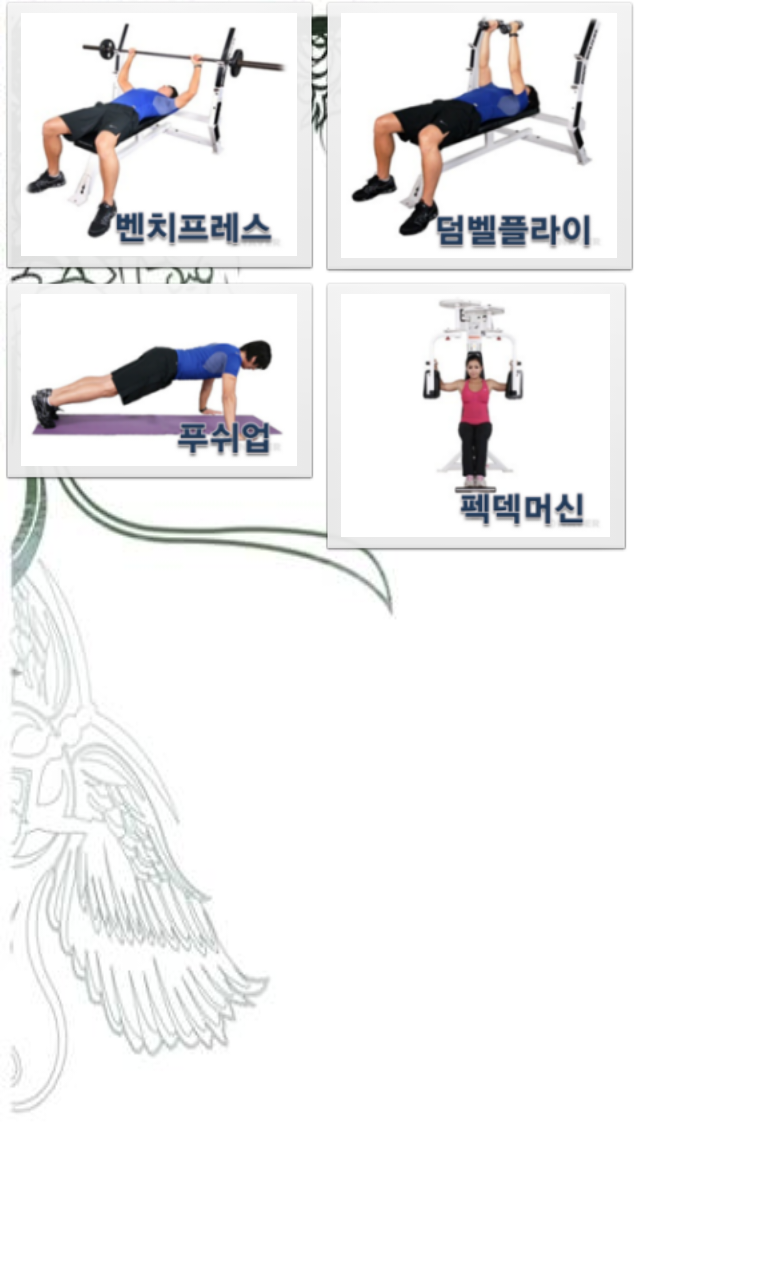
Repository: LewisLim579/2013TeamProject
Layout: PtsApp/res/layout/sa2.xml
The author's editor kept a copy of each file at every save. The layout is drawn from the files as they stood at one save, then again after the next save.
It is drawn on a 768 x 1280 px phone screen (xhdpi) without system bars, with theme android:Theme.NoTitleBar.Fullscreen; the app's code is not run.

Above is the layout before, as saved 2013-05-27 16:45:11.

After the next save:
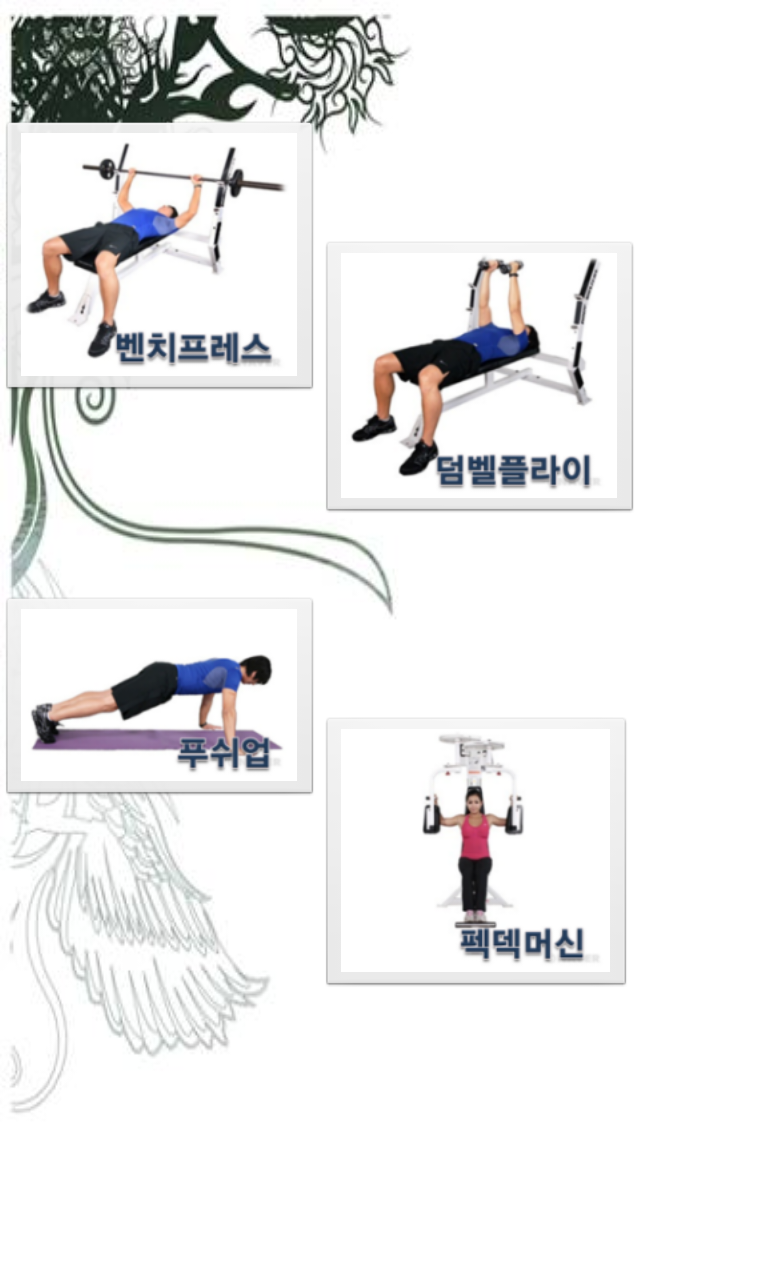
Saved 3 min 36 s later.
--- a/PtsApp/res/layout/sa2.xml
+++ b/PtsApp/res/layout/sa2.xml
@@ -5,8 +5,9 @@
     android:orientation="vertical" >
 
     <LinearLayout
-        android:layout_width="match_parent"
-        android:layout_height="wrap_content" >
+        android:layout_width="wrap_content"
+        android:layout_height="238dp"
+        android:layout_marginTop="60dp" >
 
         <ImageButton
             android:id="@+id/imageButton1"
@@ -18,13 +19,13 @@
             android:id="@+id/imageButton2"
             android:layout_width="wrap_content"
             android:layout_height="wrap_content"
-            android:src="@drawable/g2" />
-
+            android:src="@drawable/g2"
+            android:layout_marginTop="60dp"  />
     </LinearLayout>
 
     <LinearLayout
-        android:layout_width="match_parent"
-        android:layout_height="wrap_content" >
+        android:layout_width="wrap_content"
+        android:layout_height="258dp" >
 
         <ImageButton
             android:id="@+id/imageButton3"
@@ -36,7 +37,9 @@
             android:id="@+id/imageButton4"
             android:layout_width="wrap_content"
             android:layout_height="wrap_content"
-            android:src="@drawable/g4" />
+            android:src="@drawable/g4"
+             android:layout_marginTop="60dp" />
+
     </LinearLayout>
 
 </LinearLayout>
